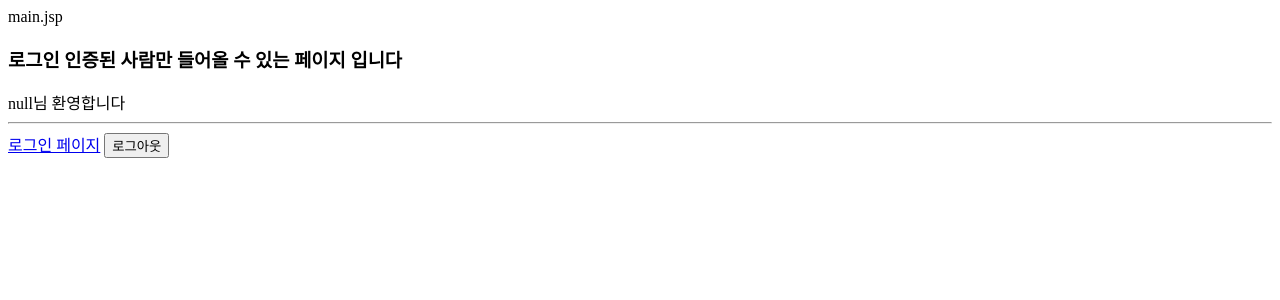
Repository: ryu1917/jsp
Page: http://localhost/jsp03/session/main.jsp
An editor plug-in stored every save of this project. The page is shown before and after the next save, followed by the edit.
The browser window is 1280 px wide. The pictures show the whole page.
The page is served by Tomcat 9.

Above is the page before, as saved 2021-04-23 07:13:01.

After the next save:
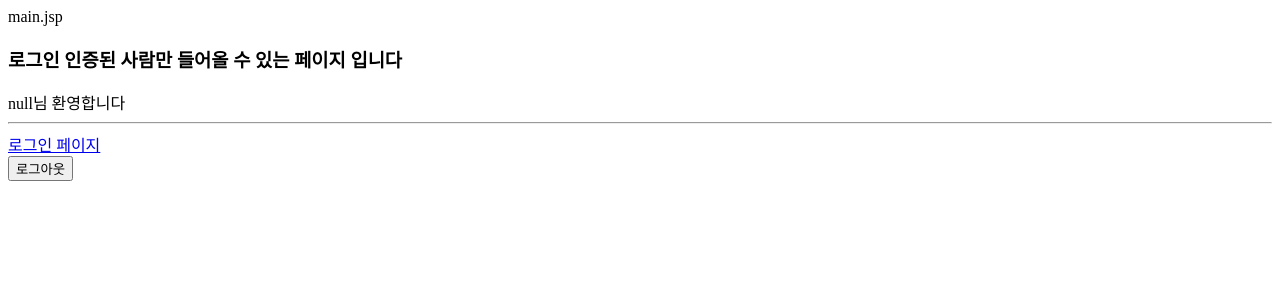
Saved 19 s later.
--- a/workspace/jsp03/src/main/webapp/session/main.jsp
+++ b/workspace/jsp03/src/main/webapp/session/main.jsp
@@ -10,7 +10,7 @@
 <h3>로그인 인증된 사람만 들어올 수 있는 페이지 입니다</h3>
 	<%= session.getAttribute("login") %>님 환영합니다<br>
 	<hr>
-	<a href="login">로그인 페이지</a>
+	<a href="login">로그인 페이지</a><br>
 	<button type="button" onclick="location.href='logout.jsp'">로그아웃</button>
 </body>
 </html>
